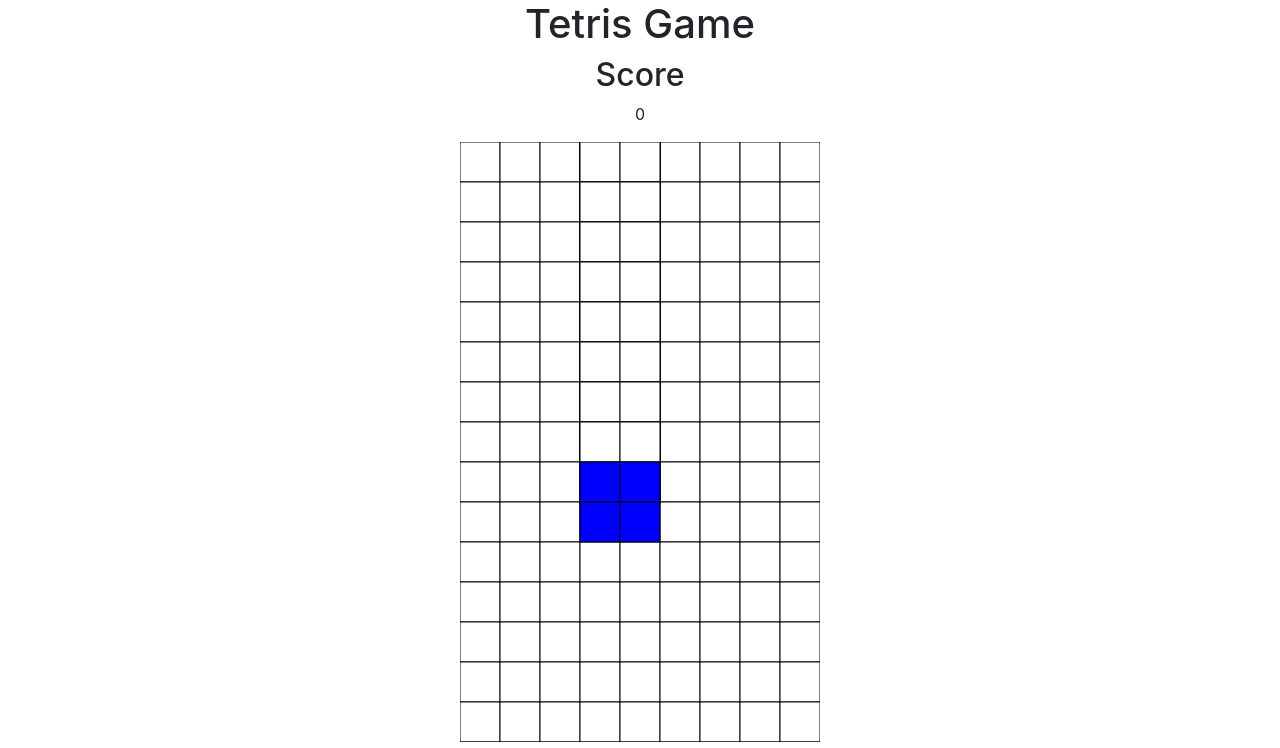
Repository: nlbien22/games
Page: Tetris/index.html
The author's editor kept a copy of each file at every save. The page is drawn from the files as they stood at one save, then again after the next save.
The browser window is 1280 px wide. The pictures show the whole page.

Above is the page before, as saved 2024-11-14 22:27:04.

After the next save:
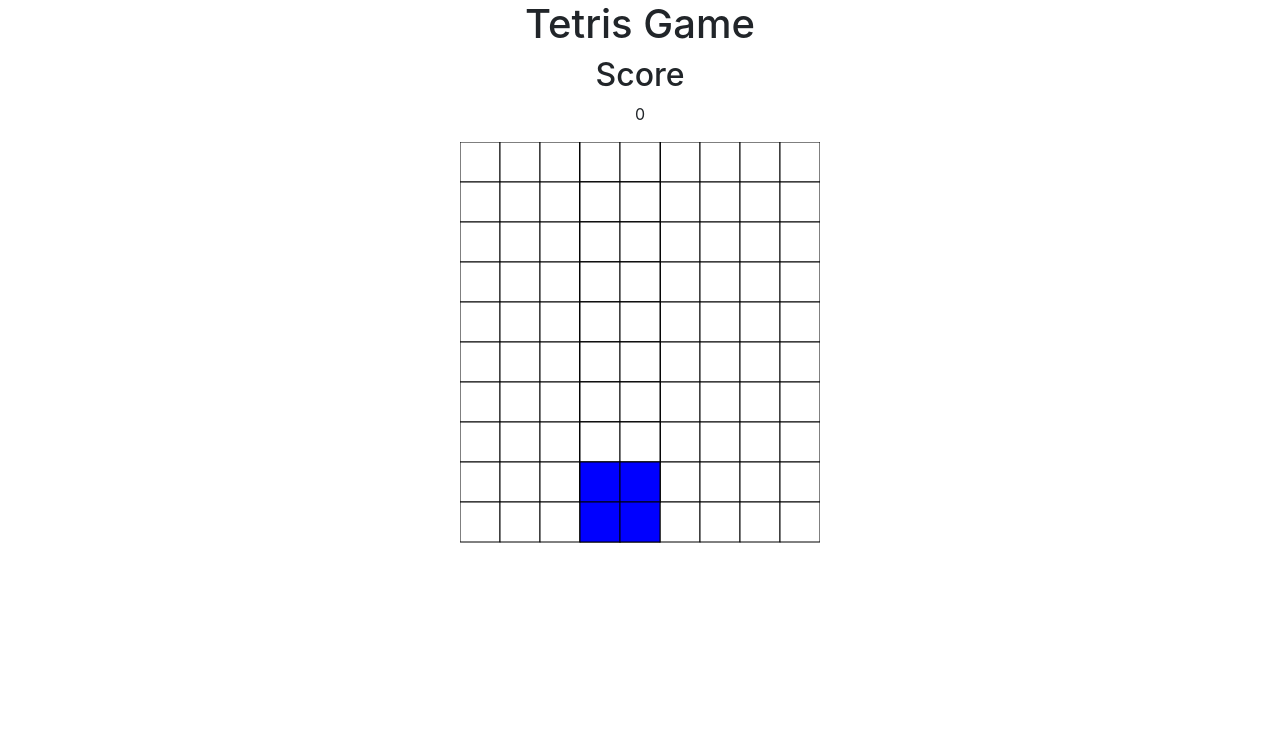
Saved 40 s later.
--- a/Tetris/script.js
+++ b/Tetris/script.js
@@ -1,7 +1,7 @@
 const canvas = document.getElementById('tetris');
 const context = canvas.getContext('2d');
 
-const ROW = 60;
+const ROW = 10;
 const COL = 9;
 const SQ = 40;
 const COLOR = 'WHITE';

After the save that followed:
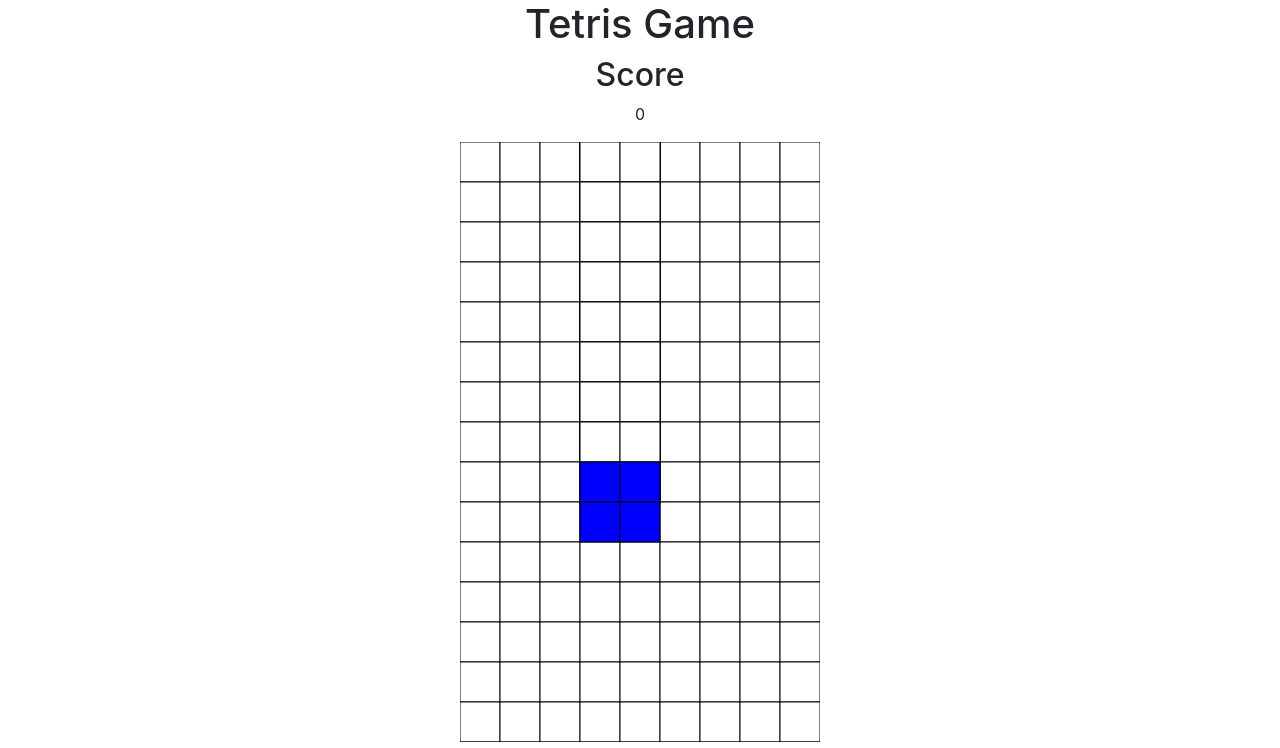
Saved 37 s later.
--- a/Tetris/script.js
+++ b/Tetris/script.js
@@ -1,7 +1,7 @@
 const canvas = document.getElementById('tetris');
 const context = canvas.getContext('2d');
 
-const ROW = 10;
+const ROW = 20;
 const COL = 9;
 const SQ = 40;
 const COLOR = 'WHITE';
